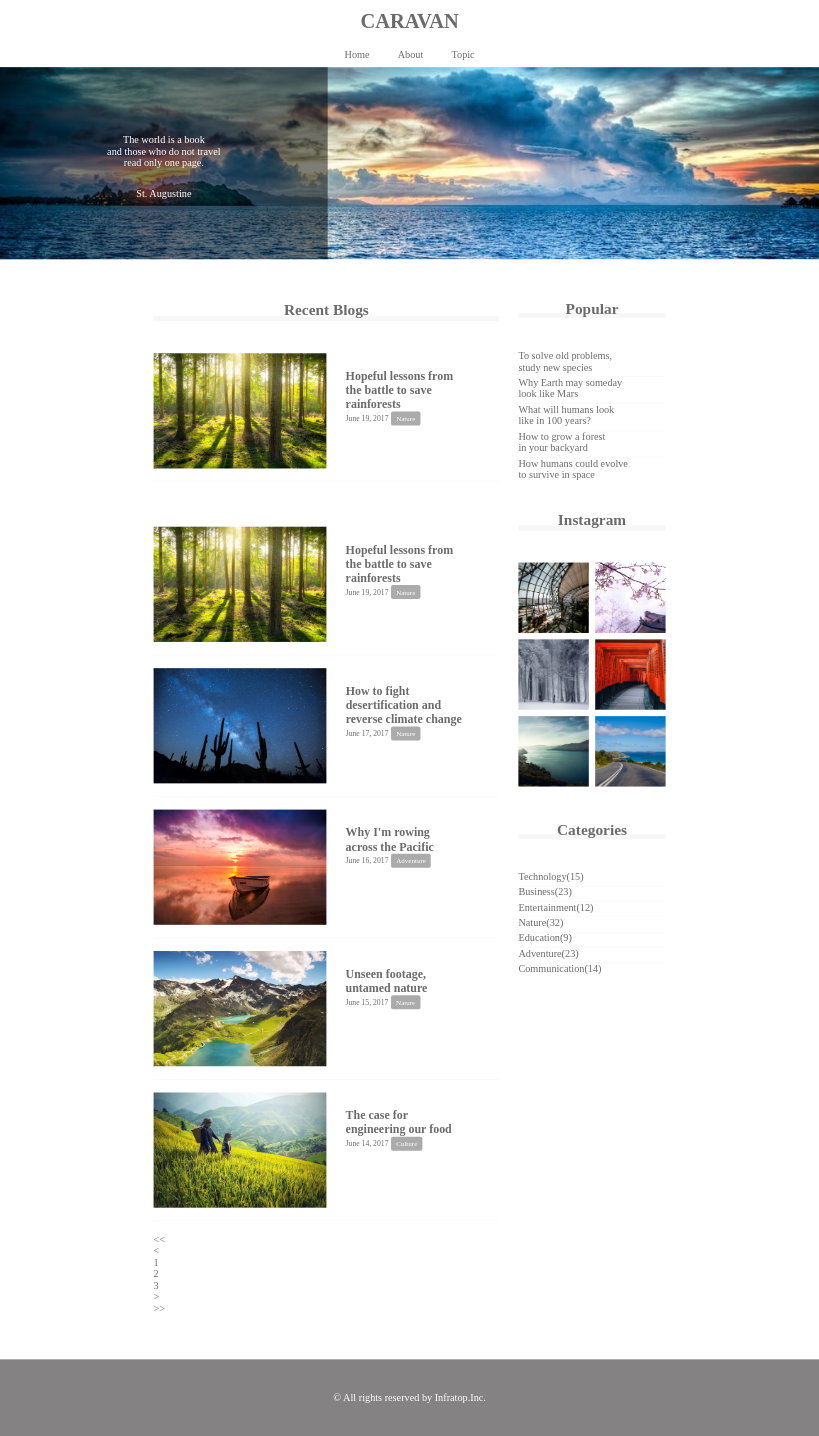
Repository: menyuu/test-html-CSS-practice
Page: caravan/index.html
The author's editor kept a record of every edit. The page is drawn from the files as they stood at one moment, then again after the next edit.
The browser window is 1280 px wide. The pictures show the whole page, at 64% of full size.

Above is the page before.

### caravan/index.html
<!DOCTYPE html>
<html lang="ja">
<head>
  <meta charset="UTF-8">
  <link rel="stylesheet" href="style.css" />
  <title>CARAVAN</title>
</head>
<body>
  <header>
    <h1 class="heading">
      <a href="index.html">
      CARAVAN
      </a>
    </h1>
  </header>

  <nav>
    <ul class="nav-list">
      <li class="nav-list-item">
        <a href="index.html">Home</a>
      </li>
      <li class="nav-list-item">
        <a href="#">About</a>
      </li>
      <li class="nav-list-item">
        <a href="#">Topic</a>
      </li>
    </ul>
  </nav>

  <div class="main-visual">
    <div class="main-visual-content">
      <p class="main-visual-text">
        The world is a book<br>
        and those who do not travel<br>
        read only one page.
      </p>
      <p class="main-visual-name">
        St. Augustine
      </p>
    </div>
  </div>

  <main>
    <section class="blog">
      <h2 class="blog-heading">Recent Blogs</h2>
      <div class="blog-box">
        <div class="blog-item">
          <img class="blog-image" src="img/forest.jpg">
          <section class="blog-text">
            <h3 class="blog-text-heading">
              <a href="single.html">
                Hopeful lessons from<br>
                the battle to save<br>
                rainforests
              </a>
            </h3>
            <p class="blog-date">June 19, 2017</p>
            <span class="category">Nature</span>
          </section>
        </div>
      </div>

      <!-- 以下コピペ　-->

      <div class="blog-box">
          <div class="blog-item">
            <img class="blog-image" src="img/forest.jpg" />
            <section class="blog-text">
              <h3 class="blog-text-heading">
                <a href="single.html">
                  Hopeful lessons from<br />
                  the battle to save<br />
                  rainforests
                </a>
              </h3>
              <p class="blog-date">June 19, 2017</p>
              <span class="category">Nature</span>
            </section>
          </div>
          <div class="blog-item">
            <img class="blog-image" src="img/desert.jpg" />
            <section class="blog-text">
              <h3 class="blog-text-heading">
                <a href="single.html">
                  How to fight<br />
                  desertification and<br />
                  reverse climate change
                </a>
              </h3>
              <p class="blog-date">June 17, 2017</p>
              <span class="category">Nature</span>
            </section>
          </div>
          <div class="blog-item">
            <img class="blog-image" src="img/sunset.jpg" />
            <section class="blog-text">
              <h3 class="blog-text-heading">
                <a href="single.html">
                  Why I'm rowing<br />
                  across the Pacific
                </a>
              </h3>
              <p class="blog-date">June 16, 2017</p>
              <span class="category">Adventure</span>
            </section>
          </div>
          <div class="blog-item">
            <img class="blog-image" src="img/italy.jpg" />
            <section class="blog-text">
              <h3 class="blog-text-heading">
                <a href="single.html">
                  Unseen footage,<br />
                  untamed nature
                </a>
              </h3>
              <p class="blog-date">June 15, 2017</p>
              <span class="category">Nature</span>
            </section>
          </div>
          <div class="blog-item">
            <img class="blog-image" src="img/asia.jpg" />
            <section class="blog-text">
              <h3 class="blog-text-heading">
                <a href="single.html">
                  The case for<br />
                  engineering our food
                </a>
              </h3>
              <p class="blog-date">June 14, 2017</p>
              <span class="category">Culture</span>
            </section>
          </div>
        </div>

      <!--ここまで-->

      <div class="pagination">
        <p><<</p>
        <p><</p>
        <p>1</p>
        <p>2</p>
        <p>3</p>
        <p>></p>
        <p>>></p>
      </div>

    </section>

    <div class="sidebar">
      <section class="popular">
        <h2 class="popular-heading common-heading">Popular</h2>
        <div class="sidebar-contents">
          <p class="popular-text">To solve old problems,<br>study new species</p>
          <p class="popular-text">Why Earth may someday<br>look like Mars</p>
          <p class="popular-text">What will humans look<br>like in 100 years?</p>
          <p class="popular-text">How to grow a forest<br>in your backyard</p>
          <p class="popular-text">How humans could evolve<br>to survive in space</p>
        </div>
      </section>
      <section class="instagram">
        <h2 class="instagram-heading common-heading">Instagram</h2>
        <div class="sidebar-contents">
          <div class="instagram-box"></div>
          <div class="instagram-box"></div>
          <div class="instagram-box"></div>
          <div class="instagram-box"></div>
          <div class="instagram-box"></div>
          <div class="instagram-box"></div>
        </div>
      </section>
      <section class="categories">
        <h2 class="categories-heading common-heading">Categories</h2>
        <div class="sidebar-contents">
          <p class="categories-text">Technology(15)</p>
          <p class="categories-text">Business(23)</p>
          <p class="categories-text">Entertainment(12)</p>
          <p class="categories-text">Nature(32)</p>
          <p class="categories-text">Education(9)</p>
          <p class="categories-text">Adventure(23)</p>
          <p class="categories-text">Communication(14)</p>
      </section>
    </div>
  </main>

  <footer>
    <p class="footer-text">© All rights reserved by Infratop.Inc.</p>
  </footer>
</body>
</html>

### caravan/style.css
* {
 margin: 0;
 padding: 0;
 box-sizing: border-box;
 color: #6c6b6b;
}

a {
 text-decoration: none;
}

header {
width: 90%;
padding: 15px 0;
margin: 0 auto;
text-align: center;
}

header .heading {
 font-size: 32px;
}

.nav-list {
 text-align: center;
 padding: 10px 0;
 margin: 0 auto;
}

.nav-list-item {
 list-style: none;
 display: inline-block;
 margin: 0 20px;
}

.main-visual {
 width: 100%;
 height: 300px;
 background-image: url(img/mv.jpg);
 background-size: cover;
 background-position: center;
}

.main-visual-content {
  width: 40%;
  height: 300px;
  background-color: rgba(0, 0, 0, 0.5);
  text-align: center;
  padding-top: 105px;
}

.main-visual-text {
 color: #fff;
}

.main-visual-name {
 margin-top: 30px;
 color: #fff;
}

main {
 width: 800px;
 display: flex;
 justify-content: center;
 margin: 0 auto;
 padding: 70px 0;
}

.blog {
  width: 540px;
  margin-right: 30px;
}

.blog-heading {
 border-bottom: 8px solid #f7f7f7;
 text-align: center;
 line-height: 0.8;
}

.blog-box {
 padding-top: 50px;
}

.blog-item {
 padding-bottom: 20px;
 margin-bottom: 20px;
 border-bottom: 1px solid #f7f7f7;
 display: flex;
 justify-content: flex-start;
}

.blog-image {
 height: 180px;
}

.blog-text {
 padding: 25px 0 0 30px;
}

.blog-text-headeing {
 padding-bottom: 15px;
}

.blog-date {
 font-size: 12px;
 display: inline-block;
}

.category {
 display: inline-block;
 padding: 5px 8px;
 background-color: #acabab;
 border-radius: 3px;
 color: #fff;
 font-size: 11px;
}

.sidebar {
  width: 230px
}

.common-heading {
 border-bottom: 8px solid #f7f7f7;
 text-align: center;
 line-height: 0.6;
}

.sidebar-contents {
 padding: 50px 0;
}

.popular-text,
.categories-text {
 padding-bottom: 5px;
 border-bottom: 1px solid #f7f7f7;
}

.popular-text:last-child,
.categories-text:last-child {
 margin: 0;
 paddong: 0;
 border: none;
}

.instagram .sidebar-contents {
 display: flex;
 flex-wrap: wrap;
}

.instagram-box {
 width: 110px;
 padding-top: 110px;
 background-size: cover;
 background-position: center;
 margin-bottom: 10px;
}

.instagram-box:nth-child(odd) {
 margin: 0 10px 10px 0;
}

.instagram-box:nth-child(1) {
 background-image: url(img/airport.jpg);
}

.instagram-box:nth-child(2) {
 background-image: url(img/japan.jpg);
}

.instagram-box:nth-child(3) {
 background-image: url(img/snow.jpg);
}

.instagram-box:nth-child(4) {
 background-image: url(img/japan2.jpg);
}

.instagram-box:nth-child(5) {
 background-image: url(img/lake.jpg);
}

.instagram-box:nth-child(6) {
 background-image: url(img/road.jpg);
}

footer {
 width: 100%;
 height: 120px;
 text-align: center;
 line-height: 120px;
 background-color: #848282;
}

.footer-text {
 color: #fff;
}

After the next edit:
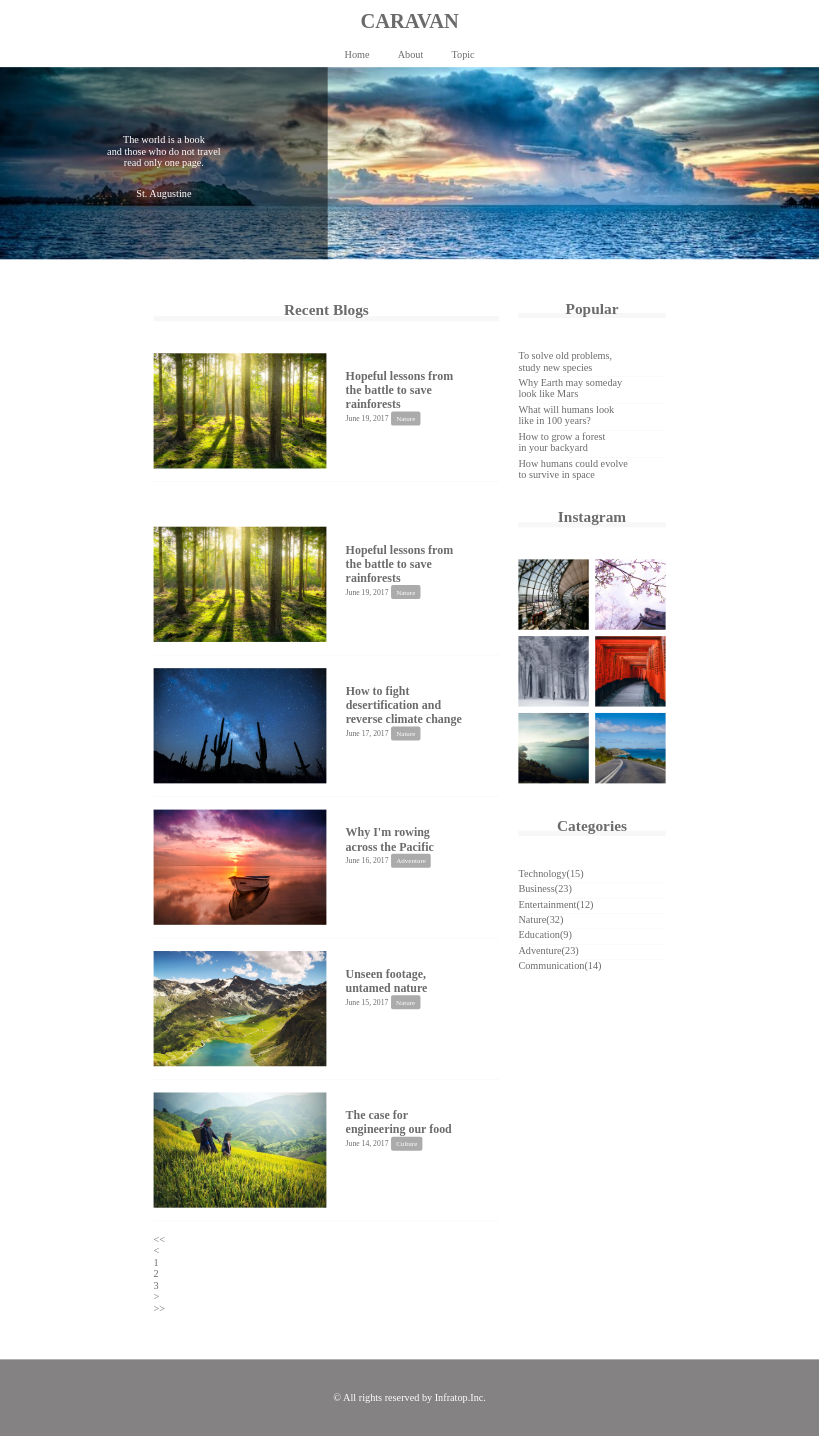
The edit:
--- a/caravan/style.css
+++ b/caravan/style.css
@@ -137,7 +137,7 @@
 .popular-text:last-child,
 .categories-text:last-child {
  margin: 0;
- paddong: 0;
+ padding: 0;
  border: none;
 }
 
